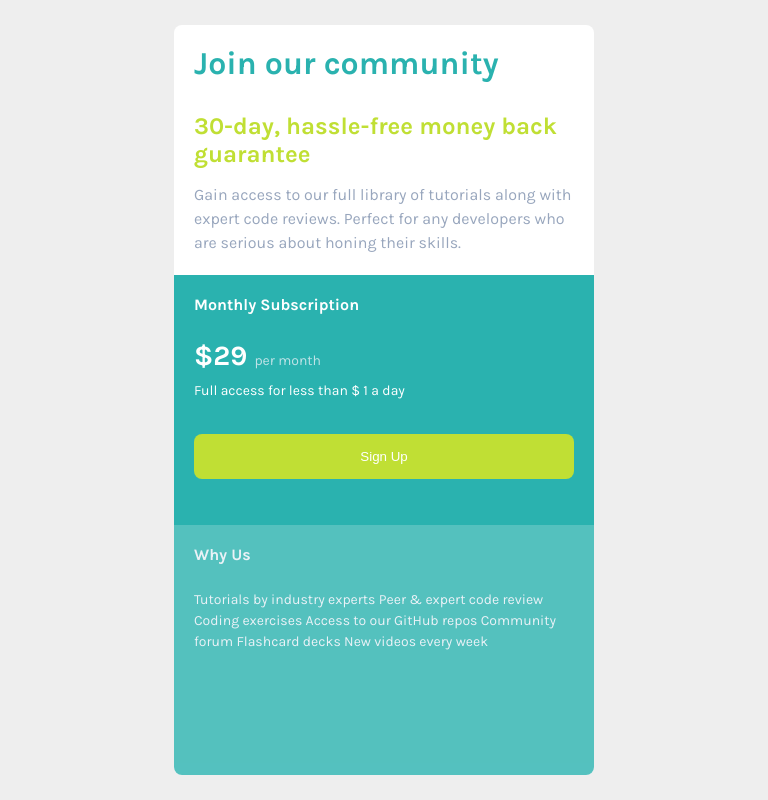
Repository: Akashiii1/WebSingleGrid_Day3
Page: index.html
The author's editor kept a copy of each file at every save. The page is drawn from the files as they stood at one save, then again after the next save.
The browser window is 768 px wide. The pictures show the whole page.

Above is the page before, as saved 2021-12-22 02:07:08.

### index.html
<!DOCTYPE html>
<html lang="en">
  <head>
    <meta charset="UTF-8" />
    <meta name="viewport" content="width=device-width, initial-scale=1.0" />
    <!-- displays site properly based on user's device -->

    <link
      rel="icon"
      type="image/png"
      sizes="32x32"
      href="./images/favicon-32x32.png"
    />

    <title>Frontend Mentor | Single Price Grid Component</title>

    <!-- Feel free to remove these styles or customise in your own stylesheet 👍 -->
    <link rel="stylesheet" href="style.css" />
    <style>
      .attribution {
        font-size: 11px;
        text-align: center;
      }
      .attribution a {
        color: hsl(228, 45%, 44%);
      }
    </style>
  </head>
  <body>
    <!-- Join our community

  30-day, hassle-free money back guarantee

  Gain access to our full library of tutorials along with expert code reviews.
  Perfect for any developers who are serious about honing their skills.

  Monthly Subscription

  &dollar;29 per month

  Full access for less than &dollar;1 a day

  Sign Up

  Why Us

  Tutorials by industry experts
  Peer &amp; expert code review
  Coding exercises
  Access to our GitHub repos
  Community forum
  Flashcard decks
  New videos every week -->
    <div class="wrapper">
      <div class="container">
        <div class="box item1">
          <h1>Join our community</h1>
          <h3>30-day, hassle-free money back guarantee</h3>
          <p>
            Gain access to our full library of tutorials along with expert code
            reviews. Perfect for any developers who are serious about honing
            their skills.
          </p>
        </div>
        <div class="box item2">
          <h4>Monthly Subscription</h4>
          <span>&dollar;29 <span class="light">per month</span> </span>
          <p>Full access for less than &dollar; 1 a day</p>
          <button class="btn">Sign Up</button>
        </div>
        <div class="box item3">
          <h4>Why Us</h4>
          <p>
            Tutorials by industry experts Peer &amp; expert code review Coding
            exercises Access to our GitHub repos Community forum Flashcard decks
            New videos every week
          </p>
        </div>
      </div>
    </div>
    <!-- <footer>
    <p class="attribution">
      Challenge by <a href="https://www.frontendmentor.io?ref=challenge" target="_blank">Frontend Mentor</a>.
      Coded by <a href="#">Your Name Here</a>.
    </p>
  </footer> -->
  </body>
</html>

### style.css

@import url('https://fonts.googleapis.com/css2?family=Karla:wght@400;700&display=swap');
:root{
  --Cyan: hsl(179, 62%, 43%);
 --BrightYellow: hsl(71, 73%, 54%);
 --LightGray: hsl(204, 43%, 93%);
 --GrayishBlue: hsl(218, 22%, 67%);
}
html {
box-sizing: border-box;
}
*{
margin: 0;
padding: 0;
}
*,*:before,*:after {
box-sizing: border-box;
}
input,
textarea,
select,
button{
outline: none;
}
input{
line-height: normal;
}
label,
button{
cursor: pointer;
}
a {
text-decoration: none;
}
img {
display: block;
max-width: 100%;
}
body{
  font-family: 'Karla', sans-serif;
  display: flex;
  justify-content: center;
  align-items: center;
  min-height: 100vh;
  background-color: #eee;
}
.wrapper{
  max-width: 620px;
  background-color: #fff;
  border-radius: 8px;
  overflow: hidden;

}
.container{
  display: grid;
  grid-template-columns:1fr 1fr;
  grid-template-rows: 1fr 1fr;
  grid-template-areas:"it1 it1"
                      "it2 it3";
}
.item1{
  grid-area: it1;
}
.item2{
  grid-area: it2;

}
.item3{
  grid-area: it3;
}
.box{
  padding: 40px;
}
.item1 h1{
  font-size: 32px;
  color:var(--Cyan) ;
  margin-bottom: 30px;
}
.item1 h3{
  color: var(--BrightYellow);
  font-size: 24px;
  margin-bottom: 15px;
}
.item1 p{
  color: var(--GrayishBlue);
  font-weight: 400;
  line-height: 1.5;

}
.item2 {
  background-color: var(--Cyan);
  color: #fff;
}
.item2 h4{
  margin-bottom: 25px;
}
.item2 span{
  font-size: 28px;
  font-weight: 600;

}
.item2 span .light{
  font-size: 14px;
  color: var(--LightGray);
  font-weight: 100;
  opacity: .8;
}
.item2 p{

  font-size: 14px;
  margin: 10px 0 35px;
}
.item3{
  background-color: var(--Cyan);
  opacity: .8;
  color: var(--LightGray);
}
.item3 h4{
  margin-bottom: 25px;
}
.item3 p{
  font-size: 14px;
  color: var(--LightGray);
  line-height: 1.5;
  margin-top: auto;
  display: block;
}
.btn{
  width: 100%;
  /* height: 40px; */
  background-color: var(--BrightYellow);
  border: 0;
  outline: none;
  color: #fff;
  border-radius: 8px;
  padding: 15px 20px;
  display: block;
  margin-top: auto;
}
@media (max-width:768px){
  .container{
    display: grid;
    grid-template-columns:1fr ;
    grid-template-rows: 1fr 1fr 1fr;
    grid-template-areas:"it1 "
                        "it2"
                        "it3";
  }
  .wrapper{
    max-width: 420px;
  }
  .box{
    padding: 20px;
  }
}

After the next save:
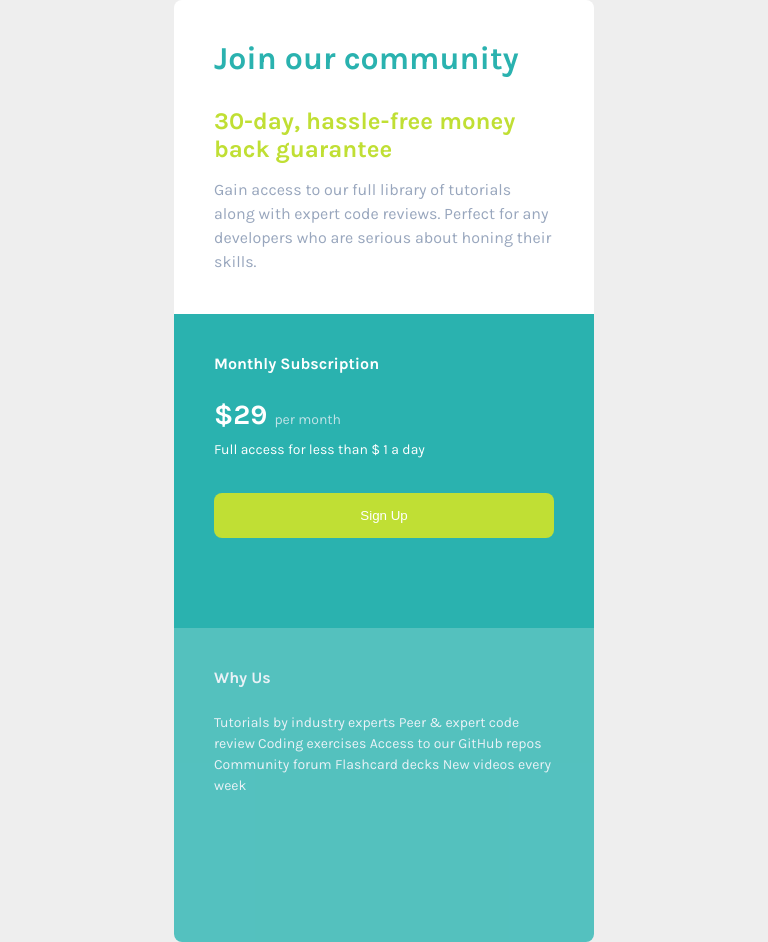
Saved 32 s later.
--- a/style.css
+++ b/style.css
@@ -149,7 +149,5 @@ body{
   .wrapper{
     max-width: 420px;
   }
-  .box{
-    padding: 20px;
-  }
+
 }
